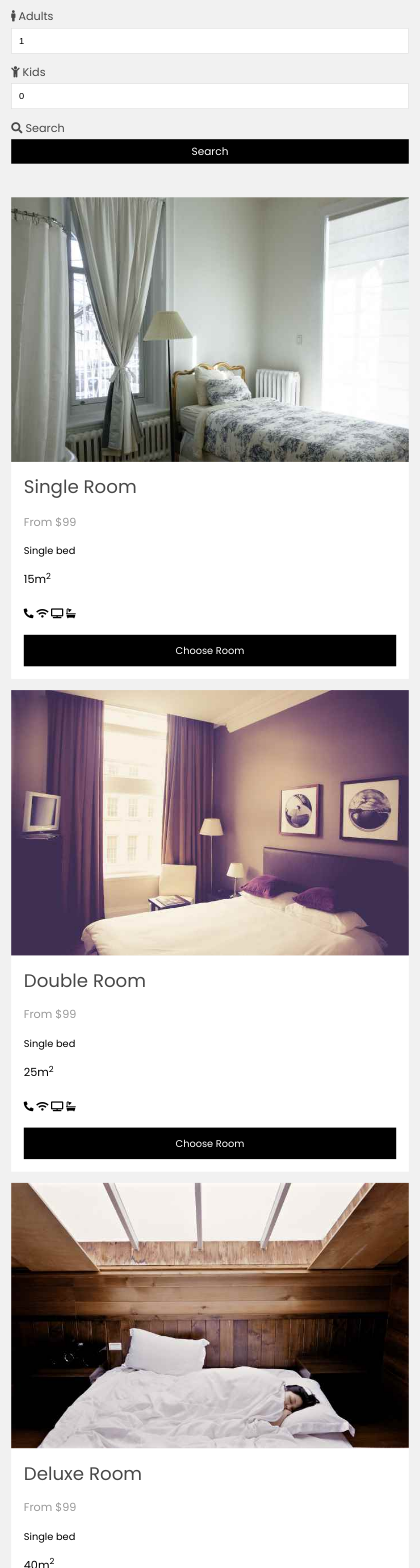
Repository: phamhuuloc/Travel_Template
Page: index.html
These files come from the project's save history. The page is drawn as it stood at one moment and after the next save; the edit follows.
The browser window is 600 px wide. The pictures show the part of the page from y = 1387 to 3627 px (the page is 8309 px tall before and 8277 px after), at 70% of full size.
The style sheet was rebuilt from its Sass, Less or Tailwind sources for each picture, by a compiler version that may differ from the author's.

Above is the page before, as saved 2021-09-22 11:09:13.

### index.html
<!DOCTYPE html>
<html lang="en">
  <head>
    <meta charset="UTF-8" />
    <meta http-equiv="X-UA-Compatible" content="IE=edge" />
    <meta name="viewport" content="width=device-width, initial-scale=1.0" />
    <title>Document</title>
    <!-- FONT AWESOME -->
    <link
      rel="stylesheet"
      href="https://cdnjs.cloudflare.com/ajax/libs/font-awesome/5.15.4/css/all.min.css"
      integrity="sha512-1ycn6IcaQQ40/MKBW2W4Rhis/DbILU74C1vSrLJxCq57o941Ym01SwNsOMqvEBFlcgUa6xLiPY/NS5R+E6ztJQ=="
      crossorigin="anonymous"
      referrerpolicy="no-referrer"
    />
    <!-- GOOGLE FONT -->
    <link
      href="https://fonts.googleapis.com/css2?family=Poppins:wght@50;300;400&display=swap"
      rel="stylesheet"
    />
    <!-- CSS -->
    <link rel="stylesheet" href="./assets/resets.css" />
    <link rel="stylesheet" href="./assets/grid.css" />
    <link rel="stylesheet" href="./assets/main.css" />
    <link rel="stylesheet" href="./assets/responsive.css" />
  </head>
  <body>
    <div class="grids">
      <header class="header">
        <div class="logo">
          <i class="fas fa-bed logo__icon"></i>
          Logo
        </div>
        <div class="header__menu">
          <ul class="header__menu-list">
            <li class="header__menu-item">Rooms</li>
            <li class="header__menu-item">About</li>
            <li class="header__menu-item">Contact</li>
          </ul>
          <button class="btn book-btn">Book Nows</button>
        </div>
      </header>
      <section class="intro">
        <img src="./assets/img/hotel.jpg" alt="" class="intro__img" />
        <form class="form-login">
          <div class="form-login__heading">
            <i class="fas fa-bed logo__icon intro-icon"></i>
            <h2 class="form-login__name">Hotel name</h2>
          </div>
          <div class="form-container">
            <div class="row">
              <div class="form__item col l-6 m-6 c-12">
                <label class="form__item-category">
                  <i class="far fa-calendar form__item-icon"></i>
                  Check Ins
                </label>
                <input
                  type="text"
                  class="form__item-input"
                  placeholder="DD MM YY"
                />
              </div>
              <div class="form__item col l-6 m-6 c-12">
                <label class="form__item-category">
                  <i class="far fa-calendar form__item-icon"></i>
                  Check Out
                </label>
                <input
                  type="text"
                  class="form__item-input"
                  placeholder="DD MM YY"
                />
              </div>
            </div>
            <div class="row">
              <div class="form__item col l-6 m-6 c-12">
                <label class="form__item-category">
                  <i class="fas fa-male form__item-icon"></i>
                  Adults
                </label>
                <input
                  type="number"
                  value="1"
                  min="1"
                  max="6"
                  class="form__item-input"
                />
              </div>
              <div class="form__item col l-6 m-6 c-12">
                <label class="form__item-category">
                  <i class="fas fa-child form__item-icon"></i>
                  Kids
                </label>
                <input
                  type="number"
                  value="0"
                  min="0"
                  max="6"
                  class="form__item-input"
                />
              </div>
            </div>
            <button class="search-btn">
              <i class="fas fa-search search-icon"></i>Search availability
            </button>
          </div>
        </form>
      </section>

      <section class="option-room">
        <div class="option-container">
          <h3 class="option-container__title">Rooms</h3>
          <span class="option-container__desc"
            >Make yourself at home is our slogan. We offer the best beds in the
            industry. Sleep well and rest well.</span
          >
          <!-- FORM LOGIN  -->
          <div class="form-container option-container__form">
            <div class="row">
              <div class="form__item col l-3 m-3 c-12">
                <label class="form__item-category">
                  <i class="far fa-calendar form__item-icon"></i>
                  Check Ins
                </label>
                <input
                  type="text"
                  class="form__item-input"
                  placeholder="DD MM YY"
                />
              </div>
              <div class="form__item col l-3 m-3 c-12">
                <label class="form__item-category">
                  <i class="far fa-calendar form__item-icon"></i>
                  Check Out
                </label>
                <input
                  type="text"
                  class="form__item-input"
                  placeholder="DD MM YY"
                />
              </div>
              <div class="form__item col l-2 m-2 c-12">
                <label class="form__item-category">
                  <i class="fas fa-male form__item-icon"></i>
                  Adults
                </label>
                <input
                  type="number"
                  value="1"
                  min="1"
                  max="6"
                  class="form__item-input"
                />
              </div>
              <div class="form__item col l-2 m-2 c-12">
                <label class="form__item-category">
                  <i class="fas fa-child form__item-icon"></i>
                  Kids
                </label>
                <input
                  type="number"
                  value="0"
                  min="0"
                  max="6"
                  class="form__item-input"
                />
              </div>
              <!-- BUTTON F0RM LOGIN -->
              <div class="form__item col l-2 m-2 c-12 wrap-btn">
                <label class="form__item-category">
                  <i class="fas fa-search"></i> Search</label
                >
                <button class="search-btn search-btn--full">Search</button>
              </div>
            </div>
          </div>
          <div class="category-room">
            <ul class="category-room__list row">
              <li class="category-room__item col l-4 m-4">
                <img
                  src="./assets/img/room_single.jpg"
                  alt=""
                  class="category-room__img"
                />
                <div class="category-room__details">
                  <h3 class="category-room__title">Single Room</h3>
                  <span class="category-room__price">From $99</span>
                  <span class="category-room__charac">Single bed</span>
                  <span class="category-room__area">15m<sup>2</sup></span>
                  <span class="category-room__function">
                    <i class="fas fa-phone-alt"></i>
                    <i class="fas fa-wifi"></i>
                    <i class="fas fa-tv"></i>
                    <i class="fas fa-bath"></i>
                  </span>
                  <button class="btn btn-choose">Choose Room</button>
                </div>
              </li>
              <li class="category-room__item col l-4 m-4">
                <img
                  src="./assets/img/room_double.jpg"
                  alt=""
                  class="category-room__img"
                />
                <div class="category-room__details">
                  <h3 class="category-room__title">Double Room</h3>
                  <span class="category-room__price">From $99</span>
                  <span class="category-room__charac">Single bed</span>
                  <span class="category-room__area">25m<sup>2</sup></span>
                  <span class="category-room__function">
                    <i class="fas fa-phone-alt"></i>
                    <i class="fas fa-wifi"></i>
                    <i class="fas fa-tv"></i>
                    <i class="fas fa-bath"></i>
                  </span>
                  <button class="btn btn-choose">Choose Room</button>
                </div>
              </li>
              <li class="category-room__item col l-4 m-4">
                <img
                  src="./assets/img/room_deluxe.jpg"
                  alt=""
                  class="category-room__img"
                />
                <div class="category-room__details">
                  <h3 class="category-room__title">Deluxe Room</h3>
                  <span class="category-room__price">From $99</span>
                  <span class="category-room__charac">Single bed</span>
                  <span class="category-room__area">40m<sup>2</sup></span>
                  <span class="category-room__function">
                    <i class="fas fa-phone-alt"></i>
                    <i class="fas fa-wifi"></i>
                    <i class="fas fa-tv"></i>
                    <i class="fas fa-bath"></i>
                  </span>
                  <button class="btn btn-choose">Choose Room</button>
                </div>
              </li>
            </ul>
          </div>
        </div>
      </section>
      <section class="local">
        <div class="row">
          <div class="local__container col l-4 m-4">
            <h4 class="local__title">About</h4>
            <p class="local__detail">
              Our hotel is one of a kind. It is truely amazing. Lorem ipsum
              dolor sit amet, consectetur adipiscing elit, sed do eiusmod tempor
              incididunt ut labore et dolore magna aliqua. Ut enim ad minim
              veniam, quis nostrud exercitation ullamco laboris nisi ut aliquip
              ex ea commodo consequat. Duis aute irure dolor in reprehenderit in
              voluptate velit esse cillum dolore eu fugiat nulla pariatur.
              Excepteur sint occaecat cupidatat non proident, sunt in culpa qui
              officia deserunt mollit anim id est laborum consectetur adipiscing
              elit, sed do eiusmod tempor incididunt ut labore et dolore magna
              aliqua. Ut enim ad minim veniam.
            </p>
            <p class="local__payment-methods">
              We accept:
              <i class="fab fa-cc-paypal local__payment-icon"></i>
              <i class="fab fa-cc-amex local__payment-icon"></i>
            </p>
          </div>
          <div class="col l-8 m-8 local__img">
            <img src="./assets/img/map.jpg" alt="" />
          </div>
        </div>
        <div class="local__contact row">
          <div class="local__contact-item col l-4 m-4">
            <i class="fas fa-map-marker-alt local__contact-icon"></i>
            423 Some adr, Chicago, US
          </div>
          <div class="local__contact-item col l-4 m-4">
            <i class="fas fa-phone-alt local__contact-icon"></i>
            Phone: +00 151515
          </div>
          <div class="local__contact-item col l-4 m-4">
            <i class="fas fa-envelope local__contact-icon"></i>
            Email: mail@mail.com
          </div>
        </div>
      </section>
      <div class="demand">
        <i class="fas fa-exclamation demand__icon"></i>
        <p class="demand__desc">
          On demand, we can offer playstation, babycall, children care, dog
          equipment, etc.
        </p>
      </div>
      <section class="our-hotels">
        <h3 class="our-hotels__title">Our Hotels</h3>
        <p class="our-hotels__desc">
          You can find our hotels anywhere in the world:
        </p>
        <div class="row sm-gutter">
          <div class="col l-6 m-6 c-12 our-hotels--famous">
            <img
              src="./assets/img/cinqueterre.jpg"
              alt=""
              class="our-hotel__img"
            />
          </div>
          <div class="col l-6 m-6 c-12">
            <div class="our-hotel__extend">
              <div class="row our-hotels__extend-item">
                <div class="our-hotels__container col l-6 m-6 c-12">
                  <img src="./assets/img/newyork2.jpg" alt="" class="" />
                  <span class="our-hotels__container-name">New York</span>
                </div>
                <div class="our-hotels__container col l-6 m-6 c-12">
                  <img src="./assets/img/pisa.jpg" alt="" class="" />
                  <span class="our-hotels__container-name">Pisa</span>
                </div>
              </div>
              <div class="row our-hotels__extend-item">
                <div class="our-hotels__container col l-6 m-6 c-12">
                  <img src="./assets/img/sanfran.jpg" alt="" class="" />
                  <span class="our-hotels__container-name">San Francisco</span>
                </div>
                <div class="our-hotels__container col l-6 m-6 c-12">
                  <img src="./assets/img/paris.jpg" alt="" class="" />
                  <span class="our-hotels__container-name">Paris</span>
                </div>
              </div>
            </div>
          </div>
        </div>
      </section>
      <section class="offers">
        <h3 class="offers__title">Get the best offers first!</h3>
        <p class="offers__desc">Join our newsletter.</p>
        <label for="" class="offers__email">Email</label>
        <input
          type="text"
          class="offers__input"
          placeholder="Your Email address"
        />
        <button type="button" class="btn btn-subs">Subscribes</button>
      </section>
      <section class="contact">
        <h3 class="contact__title">Contact</h3>
        <p class="contact__desc">
          If you have any questions, do not hesitate to ask them.
        </p>
        <i class="fas fa-map-marker-alt contact__icon"></i>
        <span class="contact__content"> Chicago, US</span>
        <br />
        <i class="fas fa-phone-alt contact__icon"></i>
        <span class="contact__content"> Phone: +00 151515</span>
        <br />
        <i class="fas fa-envelope contact__icon"></i>
        <span class="contact__content"> Email: mail@mail.com</span>
        <form action="" class="contact__form">
          <p>
            <input type="text" class="contact__form-input" placeholder="Name" />
          </p>
          <p>
            <input
              id="email"
              type="text"
              class="contact__form-input"
              placeholder="Email"
            />
          </p>
          <p>
            <input
              type="text"
              class="contact__form-input"
              placeholder="Messages"
            />
          </p>
          <button class="btn send-btn" id="#">SEND MESSAGES</button>
        </form>
      </section>
    </div>
    <footer class="footer">
      <h5 class="footer__title">Find Us On</h5>
      <div class="footer__list-icon">
        <i class="fab fa-facebook-square footer__icon"></i>
        <i class="fab fa-instagram footer__icon"></i>
        <i class="fab fa-snapchat footer__icon"></i>
        <i class="fab fa-pinterest-p footer__icon"></i>
        <i class="fab fa-twitter footer__icon"></i>
        <i class="fab fa-linkedin-in footer__icon"></i>
      </div>
    </footer>
  </body>
</html>

### assets/grid.css
.grid {
  width: 100%;
  padding: 0;
}
.grid.wide {
  max-width: 1200px;

  margin: 0 auto;
}
.row {
  display: flex;
  flex-wrap: wrap;
  margin-left: -4px;
  margin-right: -4px;
}
.row.no-gutters {
  margin-left: 0;
  margin-right: 0;
}
.col {
  padding-left: 4px;
  padding-right: 4px;
}
.row.no-gutters .col {
  margin-left: 0;
  margin-right: 0;
}

.c-0 {
  display: none;
}

.c-1 {
  flex: 0 0 8.33333%;
  max-width: 8.33333%;
}

.c-2 {
  flex: 0 0 16.66667%;
  max-width: 16.66667%;
}

.c-3 {
  flex: 0 0 25%;
  max-width: 25%;
}

.c-4 {
  flex: 0 0 33.33333%;
  max-width: 33.33333%;
}

.c-5 {
  flex: 0 0 41.66667%;
  max-width: 41.66667%;
}

.c-6 {
  flex: 0 0 50%;
  max-width: 50%;
}

.c-7 {
  flex: 0 0 58.33333%;
  max-width: 58.33333%;
}

.c-8 {
  flex: 0 0 66.66667%;
  max-width: 66.66667%;
}

.c-9 {
  flex: 0 0 75%;
  max-width: 75%;
}

.c-10 {
  flex: 0 0 83.33333%;
  max-width: 83.33333%;
}

.c-11 {
  flex: 0 0 91.66667%;
  max-width: 91.66667%;
}

.c-12 {
  flex: 0 0 100%;
  max-width: 100%;
}

.c-o-1 {
  margin-left: 8.33333%;
}

.c-o-2 {
  margin-left: 16.66667%;
}

.c-o-3 {
  margin-left: 25%;
}

.c-o-4 {
  margin-left: 33.33333%;
}

.c-o-5 {
  margin-left: 41.66667%;
}

.c-o-6 {
  margin-left: 50%;
}

.c-o-7 {
  margin-left: 58.33333%;
}

.c-o-8 {
  margin-left: 66.66667%;
}

.c-o-9 {
  margin-left: 75%;
}

.c-o-10 {
  margin-left: 83.33333%;
}

.c-o-11 {
  margin-left: 91.66667%;
}
/* TABLET */
@media (min-width: 740px) {
  .row {
    margin-left: -8px;
    margin-right: -8px;
  }
  .col {
    padding-right: 8px;
    padding-left: 8px;
  }
  .m-0 {
    display: none;
  }
  .m-1,
  .m-2,
  .m-3,
  .m-4,
  .m-5,
  .m-6,
  .m-7,
  .m-8,
  .m-9,
  .m-10,
  .m-11,
  .m-12 {
    display: block;
  }

  .m-1 {
    flex: 0 0 8.33333%;
    max-width: 8.33333%;
  }

  .m-2 {
    flex: 0 0 16.66667%;
    max-width: 16.66667%;
  }

  .m-3 {
    flex: 0 0 25%;
    max-width: 25%;
  }

  .m-4 {
    flex: 0 0 33.33333%;
    max-width: 33.33333%;
  }

  .m-5 {
    flex: 0 0 41.66667%;
    max-width: 41.66667%;
  }

  .m-6 {
    flex: 0 0 50%;
    max-width: 50%;
  }

  .m-7 {
    flex: 0 0 58.33333%;
    max-width: 58.33333%;
  }

  .m-8 {
    flex: 0 0 66.66667%;
    max-width: 66.66667%;
  }

  .m-9 {
    flex: 0 0 75%;
    max-width: 75%;
  }

  .m-10 {
    flex: 0 0 83.33333%;
    max-width: 83.33333%;
  }

  .m-11 {
    flex: 0 0 91.66667%;
    max-width: 91.66667%;
  }

  .m-12 {
    flex: 0 0 100%;
    max-width: 100%;
  }

  .m-o-1 {
    margin-left: 8.33333%;
  }

  .m-o-2 {
    margin-left: 16.66667%;
  }

  .m-o-3 {
    margin-left: 25%;
  }

  .m-o-4 {
    margin-left: 33.33333%;
  }

  .m-o-5 {
    margin-left: 41.66667%;
  }

  .m-o-6 {
    margin-left: 50%;
  }

  .m-o-7 {
    margin-left: 58.33333%;
  }

  .m-o-8 {
    margin-left: 66.66667%;
  }

  .m-o-9 {
    margin-left: 75%;
  }

  .m-o-10 {
    margin-left: 83.33333%;
  }

  .m-o-11 {
    margin-left: 91.66667%;
  }
}
/* PC MEDIUM RESOLUTION */
@media (min-width: 1113px) {
  .row {
    margin-left: -12px;
    margin-right: -12px;
  }
  .row.sm-gutter {
    margin-left: -8px;
    margin-right: -8px;
  }
  .col {
    padding-left: 12px;
    padding-right: 12px;
  }
  .row.sm-gutter .col {
    padding-left: 8px;
    padding-right: 8px;
  }
  .l-0 {
    display: none;
  }

  .l-1,
  .l-2,
  .l-2-4,
  .l-3,
  .l-4,
  .l-5,
  .l-6,
  .l-7,
  .l-8,
  .l-9,
  .l-10,
  .l-11,
  .l-12 {
    display: block;
  }

  .l-1 {
    flex: 0 0 8.33333%;
    max-width: 8.33333%;
  }

  .l-2 {
    flex: 0 0 16.66667%;
    max-width: 16.66667%;
  }

  .l-2-4 {
    flex: 0 0 20%;
    max-width: 20%;
  }

  .l-3 {
    flex: 0 0 25%;
    max-width: 25%;
  }

  .l-4 {
    flex: 0 0 33.33333%;
    max-width: 33.33333%;
  }

  .l-5 {
    flex: 0 0 41.66667%;
    max-width: 41.66667%;
  }

  .l-6 {
    flex: 0 0 50%;
    max-width: 50%;
  }

  .l-7 {
    flex: 0 0 58.33333%;
    max-width: 58.33333%;
  }

  .l-8 {
    flex: 0 0 66.66667%;
    max-width: 66.66667%;
  }

  .l-9 {
    flex: 0 0 75%;
    max-width: 75%;
  }

  .l-10 {
    flex: 0 0 83.33333%;
    max-width: 83.33333%;
  }

  .l-11 {
    flex: 0 0 91.66667%;
    max-width: 91.66667%;
  }

  .l-12 {
    flex: 0 0 100%;
    max-width: 100%;
  }

  .l-o-1 {
    margin-left: 8.33333%;
  }

  .l-o-2 {
    margin-left: 16.66667%;
  }

  .l-o-3 {
    margin-left: 25%;
  }

  .l-o-4 {
    margin-left: 33.33333%;
  }

  .l-o-5 {
    margin-left: 41.66667%;
  }

  .l-o-6 {
    margin-left: 50%;
  }

  .l-o-7 {
    margin-left: 58.33333%;
  }

  .l-o-8 {
    margin-left: 66.66667%;
  }

  .l-o-9 {
    margin-left: 75%;
  }

  .l-o-10 {
    margin-left: 83.33333%;
  }

  .l-o-11 {
    margin-left: 91.66667%;
  }
}
/* TABLET AND PC */
@media (min-width: 740px) and (max-width: 1023px) {
  .wide {
    width: 644px;
  }
}
/* > PC  LOW RESOLUTION */
@media (min-width: 1024px) and (max-width: 1239px) {
  .wide {
    width: 984px;
  }
}
.form__item {
  display: flex;
  flex-direction: column;
}

### assets/responsive.css
@media (min-width: 740px) and (max-width: 1024px) {
  .local__container {
    max-width: 100%;
    flex: 100%;
    margin-bottom: 2.2rem;
  }
  .local__img {
    max-width: 100%;
    flex: 100%;
  }
  .demand__desc {
    font-size: 1.4rem;
  }
  .our-hotels__container-name {
    font-size: 1.8rem;
  }
}
/*MOBILE  */
@media (max-width: 740px) {
  .header {
    flex-direction: column;
    height: 100%;
  }
  .header .logo {
    justify-content: center;
    width: 100%;
  }
  .header__menu {
    flex-direction: column;
  }
  .header__menu-list {
    flex-direction: column;
    width: 100%;
  }
  .header__menu-item {
    width: 100%;
    justify-content: center;
    height: 4.4rem;
  }
  .book-btn {
    width: 100%;
  }
  /* INTRO */
  .intro__img {
    height: 800px;
    object-fit: cover;
  }
  .intro .form-login {
    width: initial;
    right: 2rem;
  }
  .category-room__item {
    margin-top: 1.6rem;
  }
  .local__container {
    margin-bottom: 2.2rem;
  }

  .local__contact {
    display: block;
  }
  .local__contact-item {
    padding: 8px 0;
  }

  .our-hotels--famous {
    margin-bottom: 1.6rem;
  }
}

Loaded but not shown: assets/resets.css (common file); assets/main.scss (448 lines, source omitted)

After the next save:
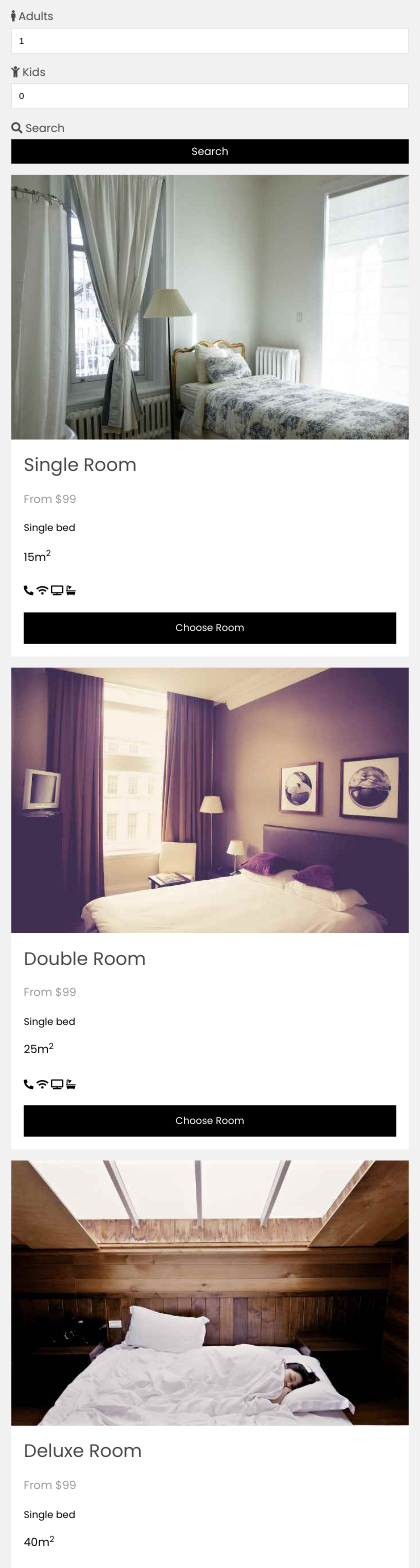
Saved 12 s later.
--- a/assets/responsive.css
+++ b/assets/responsive.css
@@ -17,6 +17,10 @@
 }
 /*MOBILE  */
 @media (max-width: 740px) {
+  /* BTN */
+  .wrap-btn {
+    margin-bottom: -1.6rem;
+  }
   .header {
     flex-direction: column;
     height: 100%;
